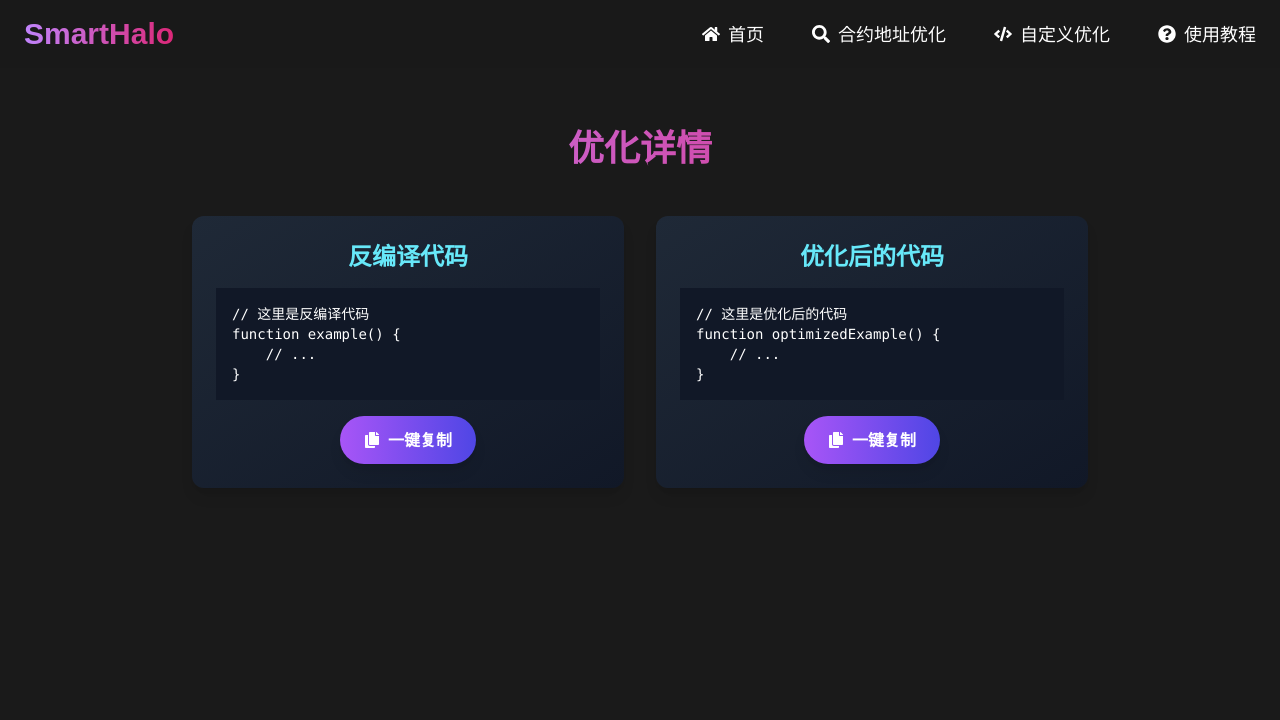
Repository: RunnerQuan/smart-halo
Page: /optimization-details
The author's editor kept a copy of each file at every save. The page is drawn from the files as they stood at one save, then again after the next save.
The browser window is 1280 px wide. The pictures show the whole page.
The project was rebuilt for these pictures with package versions that can differ from the ones it lists, and the page was loaded fresh each time. The framework's server and built-in components were replaced by stand-ins that run in the browser. Also part of the build but not shown: next.config.mjs.

Above is the page before, as saved 2024-10-18 10:01:00.

After the next save:
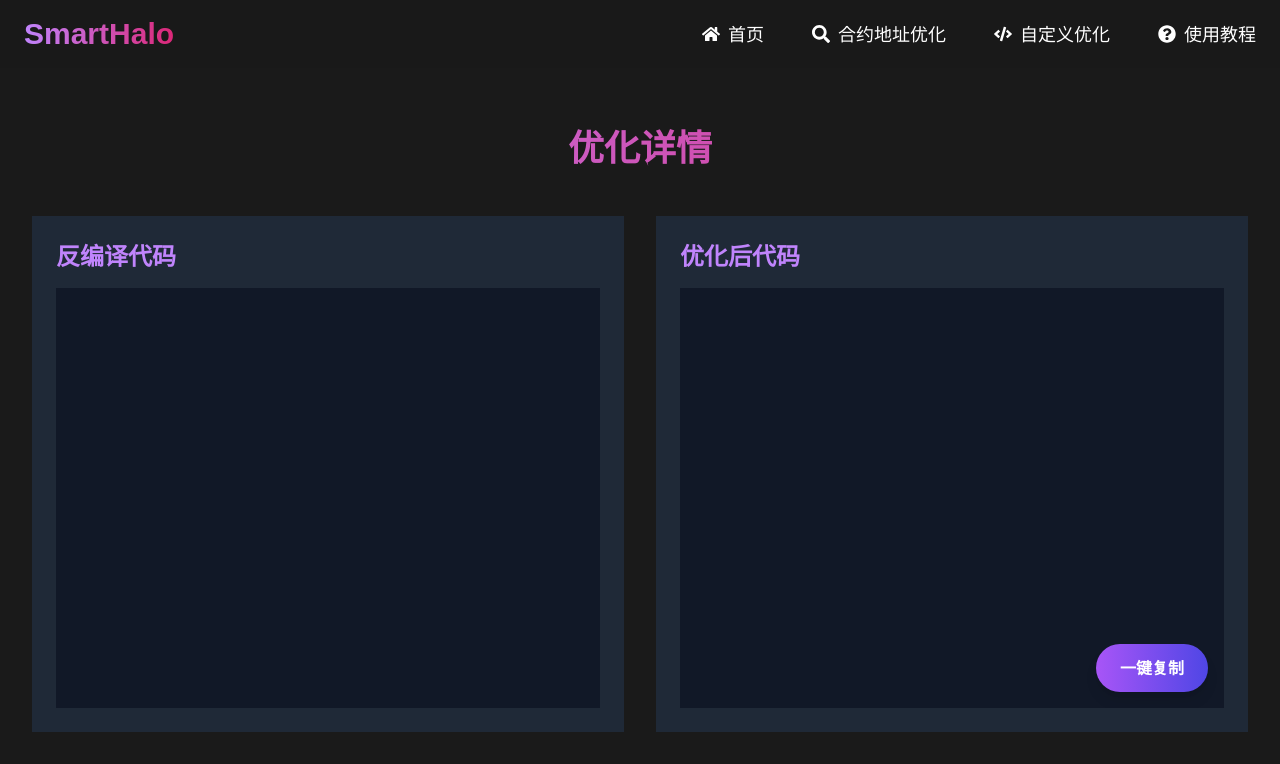
Saved 3 min 27 s later.
--- a/app/optimization-details/page.tsx
+++ b/app/optimization-details/page.tsx
@@ -1,21 +1,24 @@
 "use client";
 
-import React from 'react';
+import { useState } from 'react';
 import { motion } from 'framer-motion';
+import AnimatedButton from '../../components/ui/animated-button';
 import Navbar from '../../components/Navbar';
-import AnimatedButton from '../../components/ui/animated-button';
-import { FaCopy } from 'react-icons/fa';
 
 export default function OptimizationDetails() {
-  const handleCopy = (text: string) => {
-    navigator.clipboard.writeText(text);
-    // 可以添加一个提示，表示复制成功
+  const [isCopied, setIsCopied] = useState(false);
+
+  const handleCopy = () => {
+    // 这里应该是复制代码的逻辑
+    // 目前我们只是模拟复制操作
+    setIsCopied(true);
+    setTimeout(() => setIsCopied(false), 2000);
   };
 
   return (
     <main className="flex min-h-screen flex-col items-center justify-start p-8 bg-[#1A1A1A] text-white font-sans">
       <Navbar />
-      <div className="mt-24 w-full max-w-4xl mx-auto">
+      <div className="mt-24 w-full max-w-7xl mx-auto">
         <motion.h1
           className="text-4xl font-bold mb-12 text-center text-transparent bg-clip-text bg-gradient-to-r from-purple-400 to-pink-600"
           initial={{ opacity: 0, y: -50 }}
@@ -25,49 +28,52 @@
           优化详情
         </motion.h1>
 
-        <div className="grid grid-cols-1 md:grid-cols-2 gap-8">
+        <div className="w-full flex flex-col md:flex-row space-y-8 md:space-y-0 md:space-x-8">
           <motion.div
-            className="bg-gradient-to-br from-gray-800 to-gray-900 rounded-xl p-6 shadow-lg"
+            className="flex-1 bg-gray-800 rounded-lg p-6"
             initial={{ opacity: 0, x: -50 }}
             animate={{ opacity: 1, x: 0 }}
             transition={{ duration: 0.5, delay: 0.2 }}
           >
-            <h2 className="text-2xl font-semibold mb-4 text-center text-cyan-300">反编译代码</h2>
-            <pre className="bg-gray-900 p-4 rounded-lg overflow-x-auto text-sm">
-              {`// 这里是反编译代码
-function example() {
-    // ...
-}`}
-            </pre>
-            <div className="mt-4 text-center">
-              <AnimatedButton onClick={() => handleCopy("// 反编译代码")} className="bg-purple-600 hover:bg-purple-700">
-                <FaCopy className="inline-block mr-2 mb-1" />
-                一键复制
-              </AnimatedButton>
+            <h2 className="text-2xl font-semibold mb-4 text-purple-400">反编译代码</h2>
+            <div className="bg-gray-900 p-4 rounded-lg h-[calc(100vh-300px)] overflow-auto">
+              <pre className="text-gray-300">
+                {/* 这里应该显示实际的反编译代码 */}
+
+              </pre>
             </div>
           </motion.div>
 
           <motion.div
-            className="bg-gradient-to-br from-gray-800 to-gray-900 rounded-xl p-6 shadow-lg"
+            className="flex-1 bg-gray-800 rounded-lg p-6"
             initial={{ opacity: 0, x: 50 }}
             animate={{ opacity: 1, x: 0 }}
             transition={{ duration: 0.5, delay: 0.4 }}
           >
-            <h2 className="text-2xl font-semibold mb-4 text-center text-cyan-300">优化后的代码</h2>
-            <pre className="bg-gray-900 p-4 rounded-lg overflow-x-auto text-sm">
-              {`// 这里是优化后的代码
-function optimizedExample() {
-    // ...
-}`}
-            </pre>
-            <div className="mt-4 text-center">
-              <AnimatedButton onClick={() => handleCopy("// 优化后的代码")} className="bg-purple-600 hover:bg-purple-700">
-                <FaCopy className="inline-block mr-2 mb-1" />
-                一键复制
-              </AnimatedButton>
+            <h2 className="text-2xl font-semibold mb-4 text-purple-400">优化后代码</h2>
+            <div className="bg-gray-900 p-4 rounded-lg h-[calc(100vh-300px)] overflow-auto relative">
+              <pre className="text-gray-300">
+                {/* 这里应该显示实际的优化后代码 */}
+              </pre>
+              <div className="absolute bottom-4 right-4">
+                <AnimatedButton onClick={handleCopy}>
+                  一键复制
+                </AnimatedButton>
+              </div>
             </div>
           </motion.div>
         </div>
+
+        {isCopied && (
+          <motion.div
+            className="fixed bottom-8 right-8 bg-green-500 text-white px-4 py-2 rounded-lg shadow-lg"
+            initial={{ opacity: 0, y: 50 }}
+            animate={{ opacity: 1, y: 0 }}
+            exit={{ opacity: 0, y: 50 }}
+          >
+            优化后代码已复制到剪贴板
+          </motion.div>
+        )}
       </div>
     </main>
   );

After the save that followed:
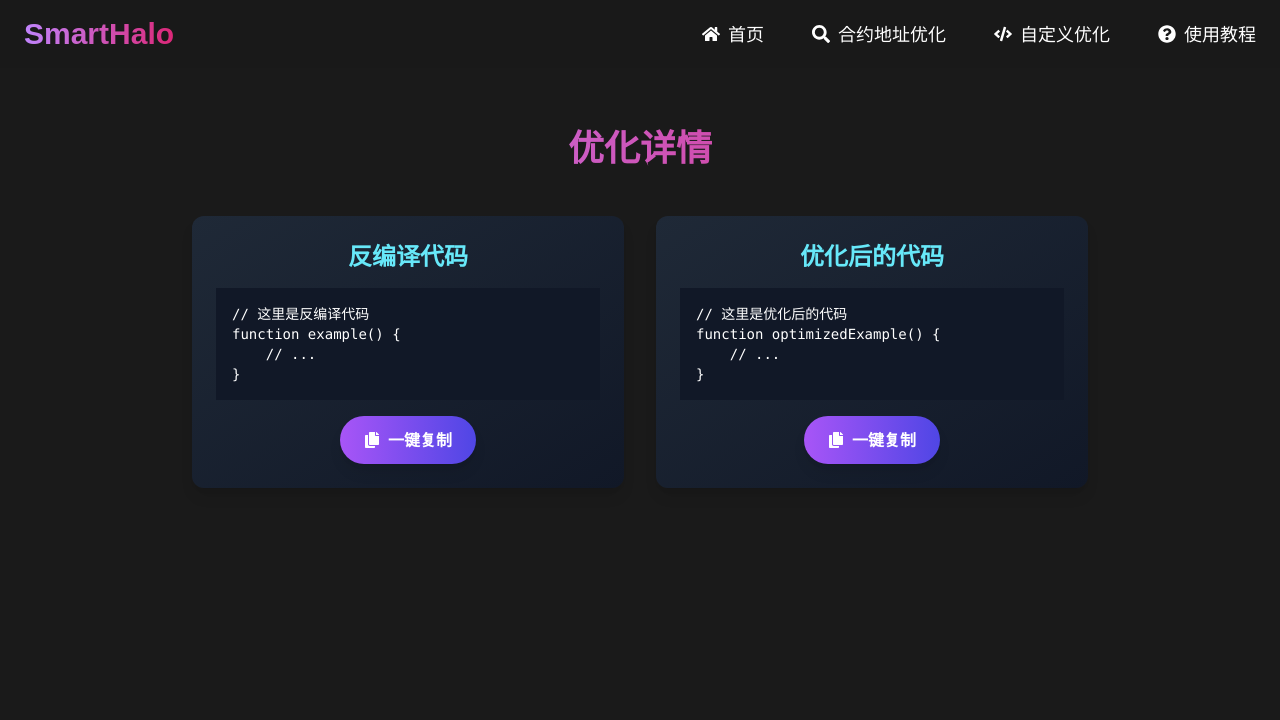
Saved 9 s later.
--- a/app/optimization-details/page.tsx
+++ b/app/optimization-details/page.tsx
@@ -1,24 +1,21 @@
 "use client";
 
-import { useState } from 'react';
+import React from 'react';
 import { motion } from 'framer-motion';
+import Navbar from '../../components/Navbar';
 import AnimatedButton from '../../components/ui/animated-button';
-import Navbar from '../../components/Navbar';
+import { FaCopy } from 'react-icons/fa';
 
 export default function OptimizationDetails() {
-  const [isCopied, setIsCopied] = useState(false);
-
-  const handleCopy = () => {
-    // 这里应该是复制代码的逻辑
-    // 目前我们只是模拟复制操作
-    setIsCopied(true);
-    setTimeout(() => setIsCopied(false), 2000);
+  const handleCopy = (text: string) => {
+    navigator.clipboard.writeText(text);
+    // 可以添加一个提示，表示复制成功
   };
 
   return (
     <main className="flex min-h-screen flex-col items-center justify-start p-8 bg-[#1A1A1A] text-white font-sans">
       <Navbar />
-      <div className="mt-24 w-full max-w-7xl mx-auto">
+      <div className="mt-24 w-full max-w-4xl mx-auto">
         <motion.h1
           className="text-4xl font-bold mb-12 text-center text-transparent bg-clip-text bg-gradient-to-r from-purple-400 to-pink-600"
           initial={{ opacity: 0, y: -50 }}
@@ -28,52 +25,49 @@
           优化详情
         </motion.h1>
 
-        <div className="w-full flex flex-col md:flex-row space-y-8 md:space-y-0 md:space-x-8">
+        <div className="grid grid-cols-1 md:grid-cols-2 gap-8">
           <motion.div
-            className="flex-1 bg-gray-800 rounded-lg p-6"
+            className="bg-gradient-to-br from-gray-800 to-gray-900 rounded-xl p-6 shadow-lg"
             initial={{ opacity: 0, x: -50 }}
             animate={{ opacity: 1, x: 0 }}
             transition={{ duration: 0.5, delay: 0.2 }}
           >
-            <h2 className="text-2xl font-semibold mb-4 text-purple-400">反编译代码</h2>
-            <div className="bg-gray-900 p-4 rounded-lg h-[calc(100vh-300px)] overflow-auto">
-              <pre className="text-gray-300">
-                {/* 这里应该显示实际的反编译代码 */}
-
-              </pre>
+            <h2 className="text-2xl font-semibold mb-4 text-center text-cyan-300">反编译代码</h2>
+            <pre className="bg-gray-900 p-4 rounded-lg overflow-x-auto text-sm">
+              {`// 这里是反编译代码
+function example() {
+    // ...
+}`}
+            </pre>
+            <div className="mt-4 text-center">
+              <AnimatedButton onClick={() => handleCopy("// 反编译代码")} className="bg-purple-600 hover:bg-purple-700">
+                <FaCopy className="inline-block mr-2 mb-1" />
+                一键复制
+              </AnimatedButton>
             </div>
           </motion.div>
 
           <motion.div
-            className="flex-1 bg-gray-800 rounded-lg p-6"
+            className="bg-gradient-to-br from-gray-800 to-gray-900 rounded-xl p-6 shadow-lg"
             initial={{ opacity: 0, x: 50 }}
             animate={{ opacity: 1, x: 0 }}
             transition={{ duration: 0.5, delay: 0.4 }}
           >
-            <h2 className="text-2xl font-semibold mb-4 text-purple-400">优化后代码</h2>
-            <div className="bg-gray-900 p-4 rounded-lg h-[calc(100vh-300px)] overflow-auto relative">
-              <pre className="text-gray-300">
-                {/* 这里应该显示实际的优化后代码 */}
-              </pre>
-              <div className="absolute bottom-4 right-4">
-                <AnimatedButton onClick={handleCopy}>
-                  一键复制
-                </AnimatedButton>
-              </div>
+            <h2 className="text-2xl font-semibold mb-4 text-center text-cyan-300">优化后的代码</h2>
+            <pre className="bg-gray-900 p-4 rounded-lg overflow-x-auto text-sm">
+              {`// 这里是优化后的代码
+function optimizedExample() {
+    // ...
+}`}
+            </pre>
+            <div className="mt-4 text-center">
+              <AnimatedButton onClick={() => handleCopy("// 优化后的代码")} className="bg-purple-600 hover:bg-purple-700">
+                <FaCopy className="inline-block mr-2 mb-1" />
+                一键复制
+              </AnimatedButton>
             </div>
           </motion.div>
         </div>
-
-        {isCopied && (
-          <motion.div
-            className="fixed bottom-8 right-8 bg-green-500 text-white px-4 py-2 rounded-lg shadow-lg"
-            initial={{ opacity: 0, y: 50 }}
-            animate={{ opacity: 1, y: 0 }}
-            exit={{ opacity: 0, y: 50 }}
-          >
-            优化后代码已复制到剪贴板
-          </motion.div>
-        )}
       </div>
     </main>
   );
